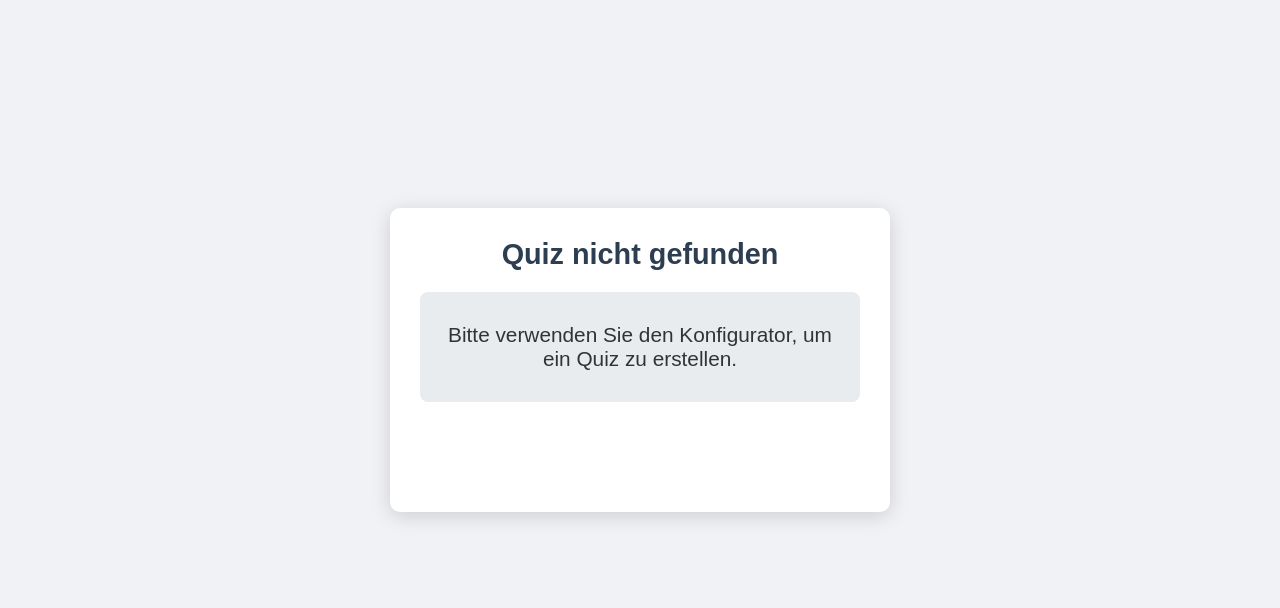
Repository: SandroGansner/LMS-Quiz-Builder
Page: quiz-widget.html
These files come from the project's save history. The page is drawn as it stood at one moment and after the next save; the edit follows.
The browser window is 1280 px wide. The pictures show the whole page.

Above is the page before, as saved 2025-06-03 18:08:13.

### quiz-widget.html
<!DOCTYPE html>
<html lang="de">
<head>
    <meta charset="UTF-8">
    <meta name="viewport" content="width=device-width, initial-scale=1.0">
    <title>Interaktives Quiz</title>
    <style>
        body {
            font-family: Arial, sans-serif;
            display: flex;
            justify-content: center;
            align-items: center;
            min-height: 100vh;
            margin: 0;
            background-color: var(--primary-color, #f0f2f5); /* Default if not set */
            color: #333;
            transition: background-color 0.3s ease;
        }
        .quiz-container {
            background-color: #fff;
            padding: 30px;
            border-radius: 10px;
            box-shadow: 0 4px 20px rgba(0, 0, 0, 0.15);
            width: 100%;
            max-width: 500px;
            text-align: center;
            box-sizing: border-box;
            opacity: 0;
            transform: translateY(20px);
            animation: fadeIn 0.5s forwards;
        }
        @keyframes fadeIn {
            to {
                opacity: 1;
                transform: translateY(0);
            }
        }
        .quiz-header {
            margin-bottom: 20px;
        }
        .quiz-logo {
            max-width: 150px;
            height: auto;
            margin-bottom: 15px;
        }
        .quiz-title {
            color: #2c3e50;
            font-size: 1.8em;
            margin-top: 0;
            margin-bottom: 20px;
        }
        .question-text {
            font-size: 1.3em;
            margin-bottom: 25px;
            color: #333;
            min-height: 80px; /* Ensure space even for short questions */
            display: flex;
            align-items: center;
            justify-content: center;
            text-align: center;
            background-color: #e9ecef; /* Light background for question box */
            padding: 15px;
            border-radius: 8px;
        }
        .options-list {
            list-style: none;
            padding: 0;
            margin: 0;
        }
        .option-item {
            background-color: #f8f9fa;
            border: 1px solid #ddd;
            border-radius: 8px;
            margin-bottom: 12px;
            padding: 12px 15px;
            cursor: pointer;
            transition: background-color 0.3s ease, border-color 0.3s ease, transform 0.2s ease;
            display: flex;
            align-items: center;
            text-align: left;
        }
        .option-item:hover {
            background-color: #e2e6ea;
            border-color: #b3d7ff;
            transform: translateY(-2px);
        }
        .option-item.selected {
            background-color: var(--accent-color, #d1ecf1); /* Example: light blue for selected */
            border-color: var(--accent-color, #bee5eb);
        }
        .option-item.correct {
            background-color: #d4edda; /* Light green */
            border-color: #28a745;
            color: #155724;
            font-weight: bold;
        }
        .option-item.incorrect {
            background-color: #f8d7da; /* Light red */
            border-color: #dc3545;
            color: #721c24;
            font-weight: bold;
        }
        .option-letter {
            font-weight: bold;
            margin-right: 15px;
            color: var(--option-letter-color, #007bff); /* Default blue */
            min-width: 20px; /* Ensure alignment */
            text-align: right;
        }
        .buttons-container {
            margin-top: 25px;
        }
        button {
            background-color: var(--primary-color, #007bff); /* Default blue */
            color: #fff;
            padding: 12px 25px;
            border: none;
            border-radius: 5px;
            cursor: pointer;
            font-size: 1.1em;
            transition: background-color 0.3s ease, transform 0.2s ease;
            margin: 5px;
        }
        button:hover {
            background-color: var(--button-hover-color, #0056b3); /* Darker blue on hover */
            transform: translateY(-1px);
        }
        button:disabled {
            background-color: #cccccc;
            cursor: not-allowed;
        }
        .feedback-area {
            margin-top: 20px;
            padding: 15px;
            border-radius: 8px;
            text-align: left;
            opacity: 0; /* Hidden by default */
            max-height: 0; /* Hidden by default */
            overflow: hidden;
            transition: opacity 0.5s ease, max-height 0.5s ease;
        }
        .feedback-area.show {
            opacity: 1;
            max-height: 150px; /* Adjust as needed */
        }
        .feedback-area.correct-feedback {
            background-color: #d4edda;
            border: 1px solid #28a745;
            color: #155724;
        }
        .feedback-area.incorrect-feedback {
            background-color: #f8d7da;
            border: 1px solid #dc3545;
            color: #721c24;
        }
        .feedback-text {
            font-size: 1.1em;
            margin-bottom: 10px;
        }
        .more-info-link {
            display: inline-block;
            margin-top: 10px;
            color: var(--accent-color, #007bff); /* Use accent color for link */
            text-decoration: none;
            font-weight: bold;
        }
        .more-info-link:hover {
            text-decoration: underline;
        }
        .quiz-results {
            margin-top: 30px;
            padding: 20px;
            background-color: #e6f7ff;
            border: 1px solid #99e0ff;
            border-radius: 8px;
            box-shadow: 0 2px 10px rgba(0, 0, 0, 0.08);
            text-align: center;
            opacity: 0;
            transform: translateY(20px);
            animation: fadeIn 0.5s forwards;
        }
        .quiz-results h2 {
            color: #0056b3;
            font-size: 1.8em;
            margin-bottom: 15px;
        }
        .score-text {
            font-size: 1.5em;
            font-weight: bold;
            color: #28a745;
            margin-bottom: 20px;
        }
        .restart-button {
            background-color: #6c757d;
        }
        .restart-button:hover {
            background-color: #5a6268;
        }
        /* Custom message box styles */
        .message-box {
            position: fixed;
            top: 50%;
            left: 50%;
            transform: translate(-50%, -50%);
            background-color: #333;
            color: white;
            padding: 15px 25px;
            border-radius: 8px;
            box-shadow: 0 5px 15px rgba(0, 0, 0, 0.3);
            z-index: 1000;
            opacity: 0;
            transition: opacity 0.3s ease-in-out;
            pointer-events: none; /* Allows clicks to pass through when hidden */
        }
        .message-box.show {
            opacity: 1;
            pointer-events: auto;
        }
    </style>
</head>
<body>

    <div class="quiz-container">
        <div class="quiz-header">
            <img id="quizLogo" src="" alt="Quiz Logo" class="quiz-logo" style="display: none;">
            <p id="textLogoFallback" style="font-size: 2em; font-weight: bold; display: none; color: var(--primary-color, #000);"></p>
            <h1 class="quiz-title" id="quizOverallTitle"></h1>
        </div>

        <div id="quiz-area">
            <p class="question-text" id="question-text"></p>
            <ul class="options-list" id="options-list">
            </ul>
            <div class="feedback-area" id="feedback-area">
                <p class="feedback-text" id="feedback-text"></p>
                <a href="#" id="more-info-link" class="more-info-link" target="_blank" style="display: none;">Mehr erfahren</a>
            </div>
            <div class="buttons-container">
                <button id="submit-button" disabled>Antwort prüfen</button>
                <button id="next-button" style="display: none;">Nächste Frage</button>
                <button id="show-results-button" style="display: none;">Ergebnisse anzeigen</button>
            </div>
        </div>

        <div id="results-area" class="quiz-results" style="display: none;">
            <h2>Quiz beendet!</h2>
            <p class="score-text">Du hast <span id="correct-answers-count">0</span> von <span id="total-questions-count">0</span> Fragen richtig beantwortet.</p>
            <button class="restart-button" id="restartQuizBtn">Neues Quiz starten</button>
        </div>
    </div>

    <!-- Custom message box -->
    <div id="messageBox" class="message-box"></div>

    <script>
        let quizData = [];
        let currentQuestionIndex = 0;
        let score = 0;
        let config = {};

        const quizContainer = document.querySelector('.quiz-container');
        const quizOverallTitle = document.getElementById('quizOverallTitle');
        const quizLogo = document.getElementById('quizLogo');
        const textLogoFallback = document.getElementById('textLogoFallback');
        const questionText = document.getElementById('question-text');
        const optionsList = document.getElementById('options-list');
        const submitButton = document.getElementById('submit-button');
        const nextButton = document.getElementById('next-button');
        const showResultsButton = document.getElementById('show-results-button');
        const feedbackArea = document.getElementById('feedback-area');
        const feedbackText = document.getElementById('feedback-text');
        const moreInfoLink = document.getElementById('more-info-link');
        const resultsArea = document.getElementById('results-area');
        const correctAnswersCount = document.getElementById('correct-answers-count');
        const totalQuestionsCount = document.getElementById('total-questions-count');
        const quizArea = document.getElementById('quiz-area');
        const restartQuizBtn = document.getElementById('restartQuizBtn');
        const messageBox = document.getElementById('messageBox'); // Custom message box

        /**
         * Displays a temporary message to the user.
         * @param {string} message - The message to display.
         * @param {number} duration - The duration in milliseconds for which the message should be visible.
         */
        function showMessage(message, duration = 2000) {
            messageBox.textContent = message;
            messageBox.classList.add('show');
            setTimeout(() => {
                messageBox.classList.remove('show');
            }, duration);
        }

        /**
         * Parses the quiz configuration from the URL.
         * @returns {object} The parsed configuration object.
         */
        function getConfigFromUrl() {
            const urlParams = new URLSearchParams(window.location.search);
            const encodedConfig = urlParams.get('config');
            if (encodedConfig) {
                try {
                    const decoded = atob(encodedConfig); // Decode Base64
                    return JSON.parse(decoded);
                } catch (e) {
                    console.error("Fehler beim Dekodieren oder Parsen der Quiz-Konfiguration:", e);
                    showMessage("Fehler beim Laden des Quiz. Konfiguration ist ungültig.");
                    return null;
                }
            }
            return null;
        }

        /**
         * Applies the loaded configuration to the quiz display and styling.
         */
        function applyConfig() {
            if (!config || Object.keys(config).length === 0) { // Check if config is null or empty
                console.warn("Keine Konfiguration geladen. Verwende Standardwerte.");
                // Fallback to some defaults if config is empty
                document.documentElement.style.setProperty('--primary-color', '#3498db');
                document.documentElement.style.setProperty('--accent-color', '#2980b9');
                document.documentElement.style.setProperty('--option-letter-color', '#3498db');
                document.documentElement.style.setProperty('--button-hover-color', '#2980b9');
                quizOverallTitle.textContent = "Standard Quiz";
                quizLogo.style.display = 'none';
                textLogoFallback.style.display = 'block';
                textLogoFallback.textContent = "Quiz";
                quizData = []; // Ensure quizData is empty if no config
                return;
            }

            quizData = config.quizData || [];
            quizOverallTitle.textContent = config.quizTitle || "Unbenanntes Quiz";

            if (config.logoImgSrc) {
                quizLogo.src = config.logoImgSrc;
                quizLogo.style.display = 'block';
                textLogoFallback.style.display = 'none';
            } else if (config.textLogoFallbackContent) {
                textLogoFallback.textContent = config.textLogoFallbackContent;
                textLogoFallback.style.display = 'block';
                quizLogo.style.display = 'none';
            } else {
                quizLogo.style.display = 'none';
                textLogoFallback.style.display = 'none';
            }

            // Apply custom colors if provided
            document.documentElement.style.setProperty('--primary-color', config.primaryColor || '#FF0000');
            document.documentElement.style.setProperty('--accent-color', config.accentColor || '#B30000');
            document.documentElement.style.setProperty('--option-letter-color', config.optionLetterColor || '#FF0000');
            document.documentElement.style.setProperty('--button-hover-color', config.buttonHoverColor || '#FF0000');

            // Set background color of the body to the primary color
            document.body.style.backgroundColor = config.primaryColor || '#FF0000';
            // Set button background color to primary color (this will be overridden by hover)
            document.querySelectorAll('button').forEach(btn => {
                btn.style.backgroundColor = config.primaryColor || '#FF0000';
            });
            // Set quiz-container border-color to primary color (or accent if preferred)
            // Note: The quiz-container doesn't have a border in the CSS, so this won't have a visual effect unless border is added.
            // quizContainer.style.borderColor = config.accentColor || '#B30000';
        }


        /**
         * Displays the current question and its options.
         */
        function displayQuestion() {
            feedbackArea.classList.remove('show', 'correct-feedback', 'incorrect-feedback');
            feedbackText.textContent = '';
            moreInfoLink.style.display = 'none';
            moreInfoLink.href = '#';

            submitButton.style.display = 'inline-block';
            submitButton.disabled = true;
            nextButton.style.display = 'none';
            showResultsButton.style.display = 'none';

            optionsList.innerHTML = ''; // Clear previous options

            if (currentQuestionIndex < quizData.length) {
                const question = quizData[currentQuestionIndex];
                questionText.textContent = question.question;

                const optionLetters = ['A', 'B', 'C', 'D', 'E', 'F']; // Max 6 options for now

                question.options.forEach((option, index) => {
                    const listItem = document.createElement('li');
                    listItem.className = 'option-item';
                    listItem.dataset.index = index;
                    listItem.innerHTML = `<span class="option-letter">${optionLetters[index]}.</span> ${option}`;
                    listItem.addEventListener('click', () => selectOption(listItem, index));
                    optionsList.appendChild(listItem);
                });
            } else {
                showResults();
            }
        }

        /**
         * Handles the selection of an option.
         * @param {HTMLElement} selectedOptionElement - The clicked option list item.
         * @param {number} selectedIndex - The index of the selected option.
         */
        function selectOption(selectedOptionElement, selectedIndex) {
            optionsList.querySelectorAll('.option-item').forEach(item => {
                item.classList.remove('selected');
            });
            selectedOptionElement.classList.add('selected');
            submitButton.disabled = false;
        }

        /**
         * Checks the selected answer against the correct answer.
         */
        function checkAnswer() {
            const selectedOption = optionsList.querySelector('.option-item.selected');
            if (!selectedOption) {
                showMessage('Bitte wähle eine Antwort aus!');
                return;
            }

            const selectedAnswerIndex = parseInt(selectedOption.dataset.index);
            const currentQuestion = quizData[currentQuestionIndex];

            // Disable all options and submit button after answering
            optionsList.querySelectorAll('.option-item').forEach(item => {
                item.style.pointerEvents = 'none';
                item.style.cursor = 'default';
            });
            submitButton.disabled = true;
            submitButton.style.display = 'none';

            // Show feedback
            feedbackArea.classList.add('show');

            if (selectedAnswerIndex === currentQuestion.answer) {
                score++;
                feedbackArea.classList.add('correct-feedback');
                feedbackText.textContent = currentQuestion.correctFeedback;
                selectedOption.classList.add('correct');
            } else {
                feedbackArea.classList.add('incorrect-feedback');
                feedbackText.textContent = currentQuestion.incorrectFeedback;
                selectedOption.classList.add('incorrect');
                // Highlight the correct answer
                const correctAnswerElement = optionsList.querySelector(`[data-index="${currentQuestion.answer}"]`);
                if (correctAnswerElement) {
                    correctAnswerElement.classList.add('correct');
                }
            }

            if (currentQuestion.moreInfo) {
                moreInfoLink.href = currentQuestion.moreInfo;
                moreInfoLink.style.display = 'inline-block';
            }

            // Show next or results button
            if (currentQuestionIndex < quizData.length - 1) {
                nextButton.style.display = 'inline-block';
            } else {
                showResultsButton.style.display = 'inline-block';
            }
        }

        /**
         * Moves to the next question or shows results if all questions are answered.
         */
        function nextQuestion() {
            currentQuestionIndex++;
            displayQuestion();
        }

        /**
         * Displays the final quiz results.
         */
        function showResults() {
            quizArea.style.display = 'none';
            resultsArea.style.display = 'block';
            correctAnswersCount.textContent = score;
            totalQuestionsCount.textContent = quizData.length;
        }

        /**
         * Restarts the quiz from the beginning.
         */
        function startQuiz() {
            currentQuestionIndex = 0;
            score = 0;
            quizArea.style.display = 'block';
            resultsArea.style.display = 'none';
            applyConfig(); // Reapply config to ensure correct styling for restart
            displayQuestion();
        }

        // --- Event Listener Setup ---
        document.addEventListener('DOMContentLoaded', () => {
            submitButton.addEventListener('click', checkAnswer);
            nextButton.addEventListener('click', nextQuestion);
            showResultsButton.addEventListener('click', showResults);
            restartQuizBtn.addEventListener('click', startQuiz); // Listener for the restart button

            config = getConfigFromUrl();
            if (config && quizData.length > 0) { // Ensure quizData is not empty
                startQuiz();
            } else {
                quizOverallTitle.textContent = "Quiz nicht gefunden";
                questionText.textContent = "Bitte verwenden Sie den Konfigurator, um ein Quiz zu erstellen.";
                quizArea.style.display = 'block';
                submitButton.style.display = 'none';
                nextButton.style.display = 'none';
                showResultsButton.style.display = 'none';
                optionsList.innerHTML = ''; // Clear options if no quiz data
            }
        });
    </script>

</body>
</html>

After the next save:
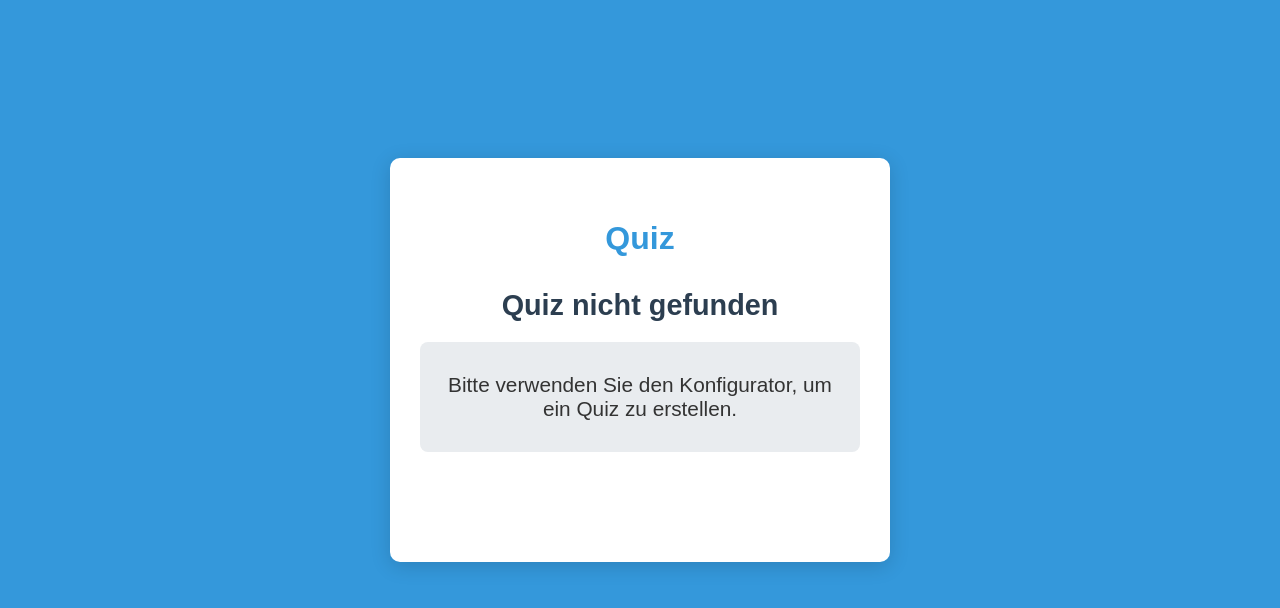
Saved 2 min 34 s later.
--- a/quiz-widget.html
+++ b/quiz-widget.html
@@ -314,7 +314,7 @@
          * Applies the loaded configuration to the quiz display and styling.
          */
         function applyConfig() {
-            if (!config || Object.keys(config).length === 0) { // Check if config is null or empty
+            if (!config) {
                 console.warn("Keine Konfiguration geladen. Verwende Standardwerte.");
                 // Fallback to some defaults if config is empty
                 document.documentElement.style.setProperty('--primary-color', '#3498db');
@@ -333,9 +333,18 @@
             quizOverallTitle.textContent = config.quizTitle || "Unbenanntes Quiz";
 
             if (config.logoImgSrc) {
+                quizLogo.onload = () => {
+                    quizLogo.style.display = 'block';
+                    textLogoFallback.style.display = 'none';
+                };
+                quizLogo.onerror = () => {
+                    console.error("Fehler beim Laden des Logos:", config.logoImgSrc);
+                    quizLogo.style.display = 'none';
+                    textLogoFallback.style.display = 'block';
+                    textLogoFallback.textContent = config.textLogoFallbackContent || "Quiz";
+                };
                 quizLogo.src = config.logoImgSrc;
-                quizLogo.style.display = 'block';
-                textLogoFallback.style.display = 'none';
+                quizLogo.style.display = 'none'; // Initially hide, show on load
             } else if (config.textLogoFallbackContent) {
                 textLogoFallback.textContent = config.textLogoFallbackContent;
                 textLogoFallback.style.display = 'block';
@@ -372,7 +381,7 @@
             moreInfoLink.style.display = 'none';
             moreInfoLink.href = '#';
 
-            submitButton.style.display = 'inline-block';
+            submitButton.style.display = 'block';
             submitButton.disabled = true;
             nextButton.style.display = 'none';
             showResultsButton.style.display = 'none';
@@ -458,9 +467,9 @@
 
             // Show next or results button
             if (currentQuestionIndex < quizData.length - 1) {
-                nextButton.style.display = 'inline-block';
+                nextButton.style.display = 'block';
             } else {
-                showResultsButton.style.display = 'inline-block';
+                showResultsButton.style.display = 'block';
             }
         }
 
@@ -490,7 +499,6 @@
             score = 0;
             quizArea.style.display = 'block';
             resultsArea.style.display = 'none';
-            applyConfig(); // Reapply config to ensure correct styling for restart
             displayQuestion();
         }
 
@@ -502,7 +510,9 @@
             restartQuizBtn.addEventListener('click', startQuiz); // Listener for the restart button
 
             config = getConfigFromUrl();
-            if (config && quizData.length > 0) { // Ensure quizData is not empty
+            applyConfig();
+
+            if (config && config.quizData && config.quizData.length > 0) {
                 startQuiz();
             } else {
                 quizOverallTitle.textContent = "Quiz nicht gefunden";
